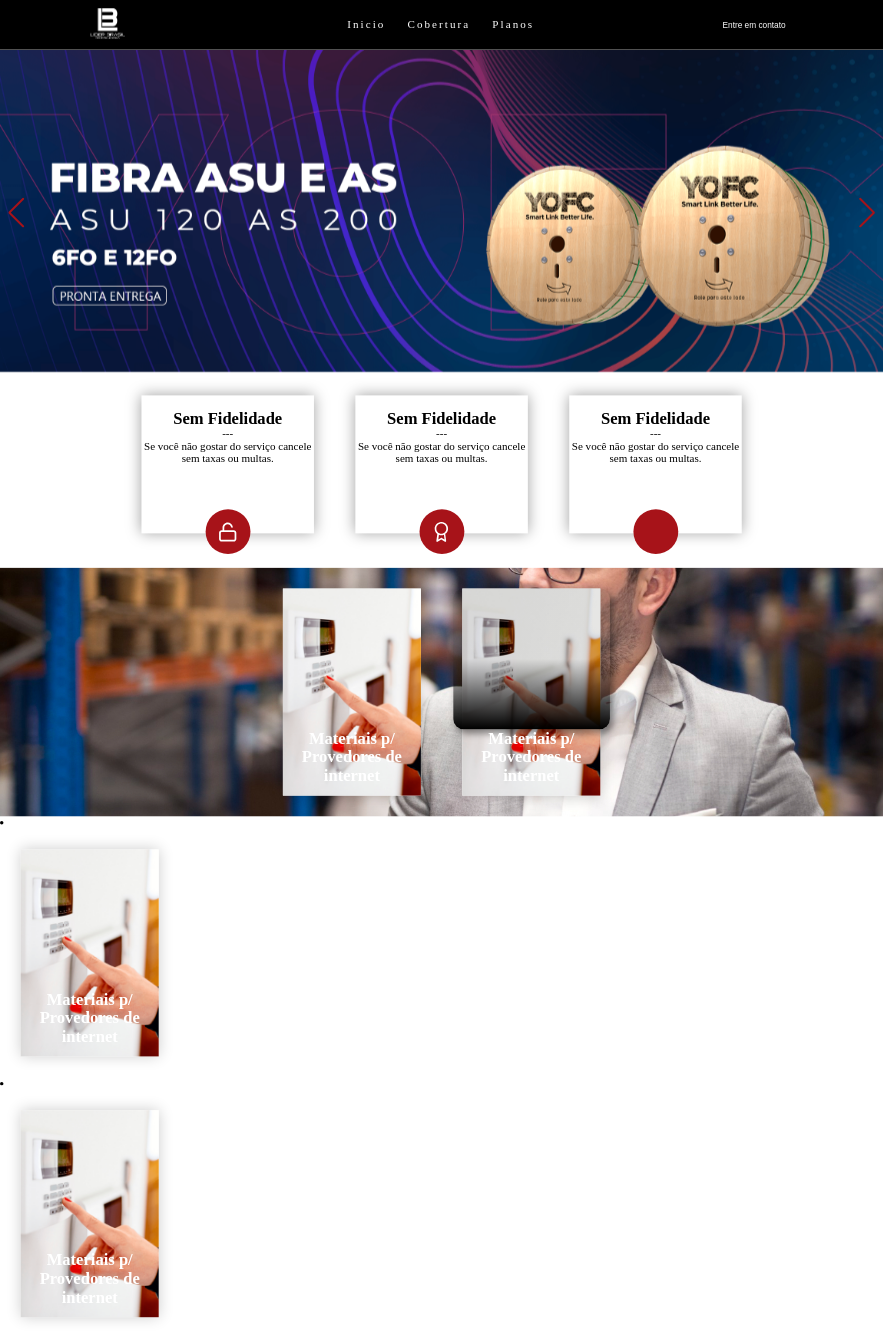
Repository: mateus-henrique-silva/Novo_institucional_lider
Page: index.html
The author's editor kept a copy of each file at every save. The page is drawn from the files as they stood at one save, then again after a run of saves.
The browser window is 1280 px wide. The pictures show the whole page, at 69% of full size.
Backgrounds fixed to the window are drawn as part of the page. Some web fonts or font styles are not loaded; a fallback is used.

Above is the page before, as saved 2022-09-06 10:19:21.
Console error: SyntaxError: Identifier 'MobileNavbar' has already been declared

### index.html
<!DOCTYPE html>
<html lang="en">
  <head>
    <meta charset="UTF-8" />
    <meta http-equiv="X-UA-Compatible" content="IE=edge" />
    <meta name="viewport" content="width=device-width, initial-scale=1.0" />
    <meta
      name="viewport"
      content="width=device-width, user-scalable=yes, initial-scale=1.0, maximum-scale=10, minimum-scale=1.0"
    />
    <link rel="stylesheet" href="./src/CSS/Global.css" />
    <link rel="stylesheet" href="./src/CSS/Header/style.css" />
    <link rel="stylesheet" href="./src/CSS/Main/style.css" />
    <link rel="stylesheet" href="./src/CSS/Main/Carousel/styles.css" />
    <link rel="stylesheet" href="./src/CSS/Main/Box/style.css" />
    <link rel="stylesheet" href="./src/CSS/Main/Products/style.css" />
    <link
      rel="stylesheet"
      href="https://unpkg.com/swiper@8/swiper-bundle.min.css"
    />

    <title>Líder Brasil</title>
  </head>
  <body>
    <header>
      <nav>
        <a class="logo"
          ><img src="./src/Assets/Logo/lb.png" width="50" alt=""
        /></a>
        <div class="mobile-menu">
          <div class="line1"></div>
          <div class="line2"></div>
          <div class="line3"></div>
        </div>
        <ul class="nav-list">
          <li><a href="#network index.html">Inicio</a></li>
          <li><a href="#map-container">Cobertura</a></li>
          <li><a href="#container">Planos</a></li>
        </ul>
        <ul>
          <li style="list-style: none; font-size: 10px">
            <a
              href="#"
              style="
                font-size: 12px;
                padding: 10px;
                font-family: arial;
                color: white;
              "
              onclick="openForm()"
              class="contact-header"
              >Entre em contato</a
            >
          </li>
        </ul>
      </nav>
    </header>
    <main>
      <section>
        <div class="swiper">
          <div class="swiper-wrapper">
            <div class="swiper-slide">
              <div class="project-img">
                <img
                  src="./src/Assets/img/carrossel/desktop/drop-desktop.png"
                  alt="Foto 01"
                />
              </div>
              <div class="project-img" id="mobile-img">
                <img
                  src="./src/Assets/img/carrossel/mobile/drop-mobile.png"
                  alt="Foto 03"
                />
              </div>
            </div>
            <div class="swiper-slide">
              <div class="project-img">
                <img
                  src="./src/Assets/img/carrossel/desktop/escada-desktop.png"
                  alt="Foto 01"
                />
              </div>
              <div class="project-img" id="mobile-img">
                <img
                  src="./src/Assets/img/carrossel/mobile/escada-mobile.png"
                  alt="Foto 03"
                />
              </div>
            </div>
            <div class="swiper-slide">
              <div class="project-img">
                <img src="./src/Assets/img/teste6.png" alt="Foto 01" />
              </div>
              <div class="project-img" id="mobile-img">
                <img src="./src/Assets/img/foto_03.png" alt="Foto 03" />
              </div>
            </div>
          </div>
          <div class="swiper-button-next"></div>
          <div class="swiper-button-prev"></div>
          <div class="swiper-pagination"></div>
        </div>
      </section>
      <section>
        <div class="section-box">
          <!-- card 1 -->

          <ul>
            <li class="box">
              <div class="box-inter">
                <h1>Sem Fidelidade</h1>
                <p>---</p>

                <p>
                  Se você não gostar do serviço cancele sem taxas ou multas.
                </p>
              </div>

              <div class="obj">
                <img
                  src="./src/Assets/img/icons/unlock.svg"
                  alt="arrowup"
                  srcset=""
                />
              </div>
            </li>
            <!-- card 2 -->
            <li class="box">
              <div class="box-inter">
                <h1>Sem Fidelidade</h1>
                <p>---</p>

                <p>
                  Se você não gostar do serviço cancele sem taxas ou multas.
                </p>
              </div>

              <div class="obj">
                <img
                  src="./src/Assets/img/icons/award.svg"
                  alt="arrowup"
                  srcset=""
                />
              </div>
            </li>
            <!-- card 3 -->
            <li class="box">
              <div class="box-inter">
                <h1>Sem Fidelidade</h1>
                <p>---</p>

                <p>
                  Se você não gostar do serviço cancele sem taxas ou multas.
                </p>
              </div>

              <div class="obj">
                <img
                  src="./src/Assets/img/icons/chevrons-up.svg"
                  alt="arrowup"
                  srcset=""
                />
              </div>
            </li>
          </ul>
        </div>
      </section>

      <section>
        <div class="background">
          <img
            class="img"
            src="./src/Assets/img/icons/aBlack.svg"
            alt=""
            srcset=""
          />

          <ul>
            <li>
              <div class="products">
                <button>text</button>
                <div>
                  <h2>Materiais p/ Provedores de internet</h2>
                </div>

              </div>
            </li>

            <li>

              <div class="products">
                <div class="back-radient"></div>
                <button>text</button>
                <div>
                  <h2>Materiais p/ Provedores de internet</h2>
                </div>

              </div>
            </div>
            </li>

            <li>
              <div class="products">
                <button>text</button>
                <div>
                  <h2>Materiais p/ Provedores de internet</h2>
                </div>

              </div>
            </li>
            <li>
              <div class="products">
                <button>text</button>
                <div>
                  <h2>Materiais p/ Provedores de internet</h2>
                </div>

              </div>
            </li>
          </ul>
        </div>
      </section>
    </main>
    <footer></footer>
    <script src="https://unpkg.com/swiper@8/swiper-bundle.min.js"></script>
    <script src="./src/Scripts/Carousel/scripts.js"></script>
    <script src="./src/Scripts/Mobile/scripts.js"></script>
    <script src="./src/Scripts/Global.js"></script>
  </body>
</html>

### src/CSS/Global.css
@import url("https://fonts.googleapis.com/css2?family=Montserrat:ital,wght@0,100;0,200;0,300;0,400;0,500;0,600;0,700;0,800;0,900;1,100;1,200;1,300;1,400;1,500;1,600;1,700;1,800;1,900&family=Source+Serif+Pro:ital,wght@0,200;0,300;0,400;0,600;0,700;0,900;1,200;1,300;1,400;1,600;1,700;1,900&display=swap");

* {
  font-family: 'Source Serif Pro', serif;
  margin: 0;
  padding: 0;
  border: 0;

}


body{

}

### src/CSS/Header/style.css
header {
  width: 100%;
  background-color: black;
  margin-top: 0;
}
a {
  color: black;
  text-decoration: none;
  transition: 0.3s;
}

a:hover {
  opacity: 0.7;
}

.logo {
  align-items: center;
  width: 6%;

  text-transform: uppercase;
  letter-spacing: 4px;
}

.logo h1 {
  font-size: 12px;
}

nav {
  display: flex;
  z-index: 1;

  width: 100%;
  margin-top: 0;

  justify-content: space-around;
  align-items: center;
  background-color: black;
  height: 10vh;
}

.nav-list {
  text-align: center;
  justify-content: center;
  list-style: none;
  display: flex;
  z-index: 1;
}

.nav-list li {
  letter-spacing: 3px;
  margin-left: 32px;
}
.nav-list li a {
  color: white;
}
.nav-list li a:hover {
  color: #ff073b;
}

.mobile-menu {
  display: none;
  margin-left: 80px;
  cursor: pointer;
}

.mobile-menu div {
  transition: 0.3s;

  width: 32px;
  height: 2px;
  background: white;
  margin: 8px;
}

@media (max-width: 950px) {
  body {
    overflow-x: hidden;
  }

  .nav-list {
    position: absolute;
    top: 7vh;
    right: 0;
    width: 100vw;
    height: 100vh;
    background-color: white;
    flex-direction: column;
    color: white;
    /* align-items: center; */
    display: none;
    justify-content:flex-start;
    transition: 0.4s ease-in;
    /* justify-content: space-around; */
    transform: translateX(100%);
  }

  .nav-list li {
    margin-top:100px;
    margin-left: 0;
    opacity: 0;
  }

  .mobile-menu {
    display: block;
  }
  .contact-header {
    display: none;
  }

  .logo {
    margin-left:10px;
    width: 60%;
  }
}

.nav-list.active {
  transition: 0.3s;
  overflow-y: hidden;
  position: fixed;
  z-index: 10000;
  background-color: black;
  transform: translateX(0);
  display: flex;
}

.nav-list.active li {
  color: white!important;
  font-weight:bold;
}

.nav-list.active li {
  color: white;
}

@keyframes navLinkFade {
  from {
    opacity: 0;
    transform: translateX(50px);
  }

  to {
    opacity: 1;
    transform: translateX(0);
  }
}

.mobile-menu.active .line1 {
  transform: rotate(-45deg) translate(-8px, 8px);
}

.mobile-menu.active .line2 {
  opacity: 0;
}

.mobile-menu.active .line3 {
  transform: rotate(45deg) translate(-5px, -7px);
}

### src/CSS/Main/style.css
main{
    width: 100%;
    height: 100%;

    max-width: 100vw;
}


section{

    width: 100%;
    max-width: 100vw;
    height: 100%;
}


ul li {
    list-style: none;
}

### src/CSS/Main/Carousel/styles.css
.swiper {
    height: 100%!important;

  }

  .swiper-slide {
    text-align: center;
    display: flex;
    height: 100%!important;
    align-items: center;
    justify-content: center;
  }

  @media (max-width: 450px) {
    .swiper {
      height: 270px;
    }

    .project-img img{
      width: 100%;
      height: 100%!important;
    }
  }

  .project-img img{
    width: 100%;
    /* height: 80vh; */
  }



  .swiper-pagination-bullet{
    color: white !important;
    /* margin-top:-10px!important; */
    background-color:white !important;
  }

  /*
    largura => 3840
    Altura => 420

  */


  .swiper-button-next:after, .swiper-button-prev:after{
    color:#a71319 !important;
  }

  #mobile-img{
    display: none;
  }


  @media(max-width:999px){
    #mobile-img{
      display: block!important;
    }


    .project-img{
      display:none;
    }
  }


.menu{
  display:flex;
  flex-direction:column;
}

### src/CSS/Main/Box/style.css
.section-box {
  width: 100%;

  justify-content: center;
  align-items: center;
  display: flex;
}

.box {
  display: flex;
  flex-direction: column;
  /* justify-content: center; */

  justify-content: flex-end;
  align-items: center;
  height: 100%;
  margin: 30px;
  margin-bottom: 20px;
  /* width: 100%; */
  /* background-color: red; */
}

@media (max-width: 770px) {
  .section-box {
    width: 100%;
    justify-content: space-around;
    flex-direction: column;
    display: flex;
  }

  .box-inter {
    background-color: white;
    height: 100px;
    width: 200px;
    /* width: 100%; */
  }
}

@media (max-width: 480px) {
  .box-inter {
    height: 170px !important;
    width: 170px !important;
    /* width: 100%; */
  }

  .obj {
    height: 45px !important;

    margin-top: -35px;
    width: 45px !important;
  }

  .obj img {
    width: 20px !important;
  }
}

.box-inter {
  background-color: white;
  height: 200px;
  width: 250px;
  -webkit-box-shadow: 0px 0px 20px 0px rgba(0, 0, 0, 0.37);
  box-shadow: 0px 0px 20px 0px rgba(0, 0, 0, 0.37);
  display: flex;

  flex-direction: column;
  align-items: center;
  text-align: center;

  /* width: 100%; */
}

.box-inter h1 {
  margin-top: 20px;
  font-size: clamp(1em, 1em + 1vw, 1.5em);
}

.box p {
  font-size: clamp(1em, 1em + 0.5vw, 0.5em);
}
.obj {
  background-color: #a71319;
  height: 65px;

  border-radius: 50%;
  display: flex;
  align-items: center;
  justify-content: center;
  margin-top: -35px;
  width: 65px;
}

.obj img {
  width: 30px;
}

.section-box ul {
  display: flex;
  overflow-x: auto;
  width: 100%;
  justify-content: center;
  scroll-behavior: smooth;
}

.section-box .img-arrow {
  display: none;
}

@media (max-width: 600px) {
  .section-box .img-arrow {
    display: flex;
    justify-content: flex-end;

    animation: mymove 0.8s infinite;
  }
  .section-box ul {
    display: flex;
    overflow-x: auto;
    width: 100%;
    justify-content: flex-start;
    scroll-behavior: smooth;
  }
  @keyframes mymove {
    from {
      left: 280px;
    }
    to {
      left: 300px;
    }
  }
}

### src/CSS/Main/Products/style.css
.background {
  width: 100%;
  background: url("../../../Assets/img/Background/medio.jpg") no-repeat center
    fixed;
  height: 100%;
  display: flex;
  justify-content: space-around;
  justify-content: center;
  align-items: center;
}
.background ul {
  display: flex;
  overflow-x: auto;
  overflow-y: hidden;
  scroll-behavior: smooth;
  /* width: 100px; */
}
.background img {
  display: none;
}

.background ul li .products .img {
  display: flex;
}

.products {
  margin: 30px;
  background: url("../../../Assets/img/Background/products/alarme.png")
    no-repeat center;

  background-size: 100%;
  justify-content: flex-end;
  height: 300px;
  width: 200px;
  -webkit-box-shadow: 0px 0px 20px 0px rgba(0, 0, 0, 0.2) !important;
  box-shadow: 0px 0px 20px 0px rgba(0, 0, 0, 0.2) !important;
  background-color: white;
  display: flex;
  text-align: center;
  flex-direction: column;
  align-items: center;
  box-sizing: border-box;
  transition: 0.5s;
}

.products div h2 {
  margin-bottom: 15px;
   color:white;
  transition:2s;
}
.products:hover {
  justify-content: center;
  transition:2s;
}
.products:hover div h2 {

  display: none;
}
@media (max-width: 600px) {
  .background .img {
    position: absolute;
    margin-top: 170px;
    display: flex;
    justify-content: flex-end;
    animation: mymove 0.8s infinite;
  }

  @keyframes mymove {
    from {
      left: 280px;
    }
    to {
      left: 300px;
    }
  }
}

.products button {
  background-color: black;
  display: none;
  color: white;
  cursor: pointer;
  transition: 0.7s;
  padding: 8px 25px 8px;
}

.products:hover button {
  background-color: black;
  display: flex;

  color: white;
  cursor: pointer;
  padding: 8px 25px 8px;
}
.back-radient{
  width: 227px;
height: 406px;



background: linear-gradient(180deg, rgba(0, 0, 0, 0.0962963) 50%, #000000 100%);
box-shadow: 5px 6px 11px rgba(0, 0, 0, 0.45);
border-radius: 15px;
}

### src/Scripts/Mobile/scripts.js
class MobileNavbar{


    constructor(mobileMenu, navList, navLinks){
        this.mobileMenu = document.querySelector(mobileMenu);
        this.navList = document.querySelector(navList);
        this.navLinks = document.querySelectorAll(navLinks);
        this.activeClass = "active";
        this.hadleClick =  this.hadleClick.bind(this);


    }

    animateLinks(){
        this.navLinks.forEach((link, index)=>{

            var calc = index/7+0.3;


            link.style.animation
            ?(link.style.animation="")
            :(link.style.animation= `navLinkFade 0.5s ease forwards ${calc}s`);


        });


    }


    hadleClick(){


        this.navList.classList.toggle(this.activeClass);
        this.mobileMenu.classList.toggle(this.activeClass);
        this.animateLinks();
    }

    addClickEvent(){
        this.mobileMenu.addEventListener("click", this.hadleClick);


    }

    init(){

        if(this.mobileMenu){

            this.addClickEvent();
        }
        return this;
    }
    }



    const mobileNavbar = new MobileNavbar(

        ".mobile-menu",

        ".nav-list",

        ".nav-list li",


        );


    mobileNavbar.init();

### src/Scripts/Global.js
document.onmousedown=disableclick;
function disableclick(event)
{
  if(event.button==2)
   {
     return false;
   }
}

### src/Assets/img/icons/award.svg
<?xml version="1.0" encoding="utf-8"?>
<!-- Generator: Adobe Illustrator 24.0.1, SVG Export Plug-In . SVG Version: 6.00 Build 0)  -->
<svg version="1.1" id="Camada_1" xmlns="http://www.w3.org/2000/svg" xmlns:xlink="http://www.w3.org/1999/xlink" x="0px" y="0px"
	 viewBox="0 0 24 24" style="enable-background:new 0 0 24 24;" xml:space="preserve">
<style type="text/css">
	.st0{fill:#FFFFFF;}
</style>
<path class="st0" d="M19.5,8.1c0-4.3-3.5-7.7-7.7-7.7S4,3.9,4,8.1c0,2.5,1.2,4.7,3,6.1l-1.1,8.3c0,0.4,0.1,0.7,0.4,0.9
	c0.3,0.2,0.7,0.2,1,0l4.3-2.6l4.3,2.6c0.2,0.1,0.3,0.1,0.5,0.1c0.2,0,0.4-0.1,0.5-0.2c0.3-0.2,0.5-0.6,0.4-0.9l-1.1-8.3
	C18.3,12.8,19.5,10.6,19.5,8.1z M5.9,8.1c0-3.2,2.6-5.8,5.8-5.8s5.8,2.6,5.8,5.8s-2.6,5.8-5.8,5.8S5.9,11.3,5.9,8.1z M15.4,20.8
	l-3.1-1.9c-0.3-0.2-0.7-0.2-1,0l-3.1,1.9l0.7-5.5c0.9,0.4,1.9,0.6,2.9,0.6c1,0,2-0.2,2.9-0.6L15.4,20.8z"/>
</svg>

### src/Assets/img/icons/chevrons-up.svg
<svg xmlns="http://www.w3.org/2000/svg" width="24" height="24" viewBox="0 0 24 24" fill="none" stroke="" stroke-width="2" stroke-linecap="round" stroke-linejoin="round" class="feather feather-chevrons-up"><polyline points="17 11 12 6 7 11"></polyline><polyline points="17 18 12 13 7 18" color="white"></polyline></svg>

After the next 2 saves:
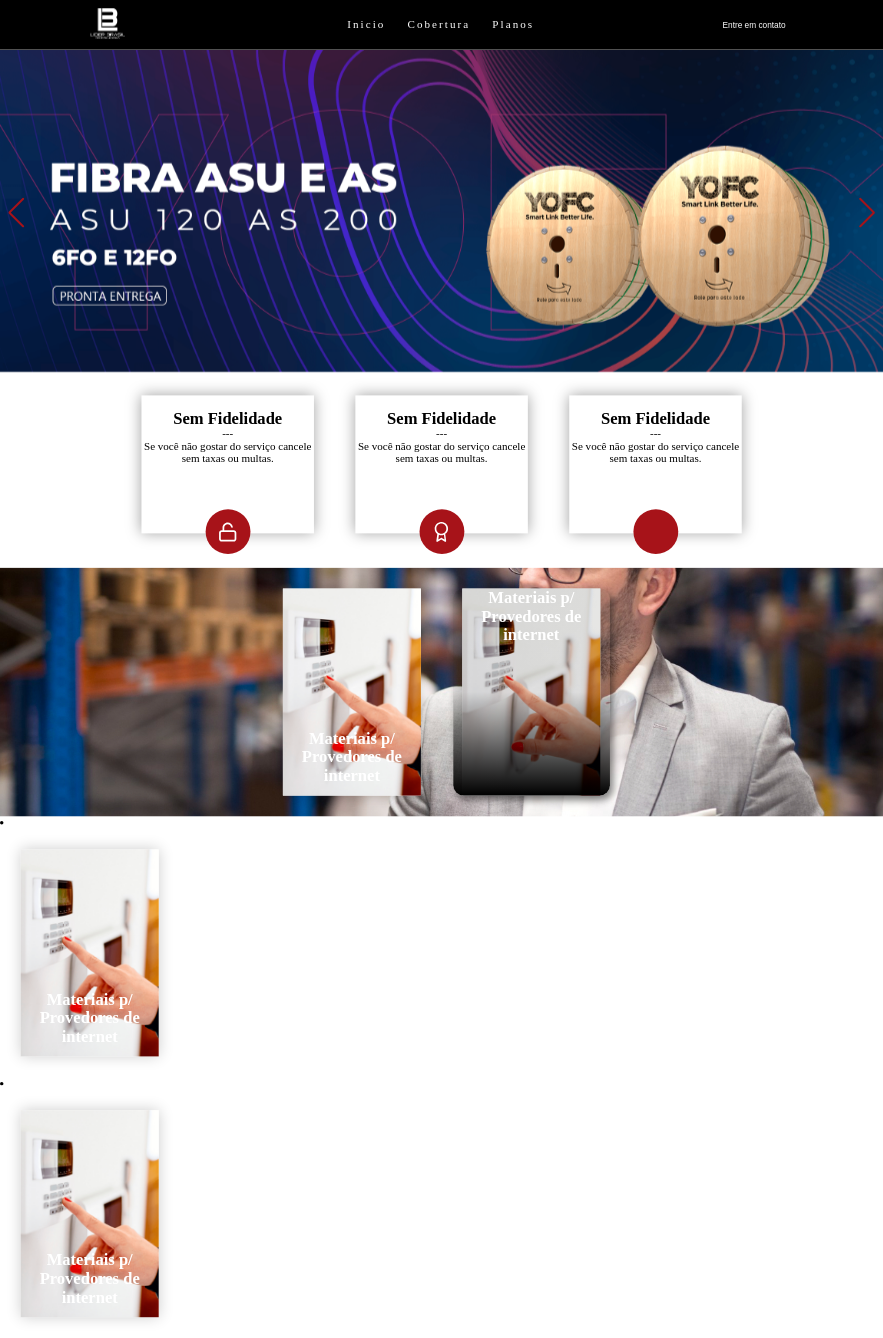
The 2 saves are shown as one change because they came seconds apart.
The last was saved 11 s later.
--- a/index.html
+++ b/index.html
@@ -189,12 +189,12 @@
             <li>
 
               <div class="products">
-                <div class="back-radient"></div>
-                <button>text</button>
-                <div>
-                  <h2>Materiais p/ Provedores de internet</h2>
-                </div>
-
+                <div class="back-radient">
+                <button>text</button>
+                <div>
+                  <h2>Materiais p/ Provedores de internet</h2>
+                </div>
+              </div>
               </div>
             </div>
             </li>
